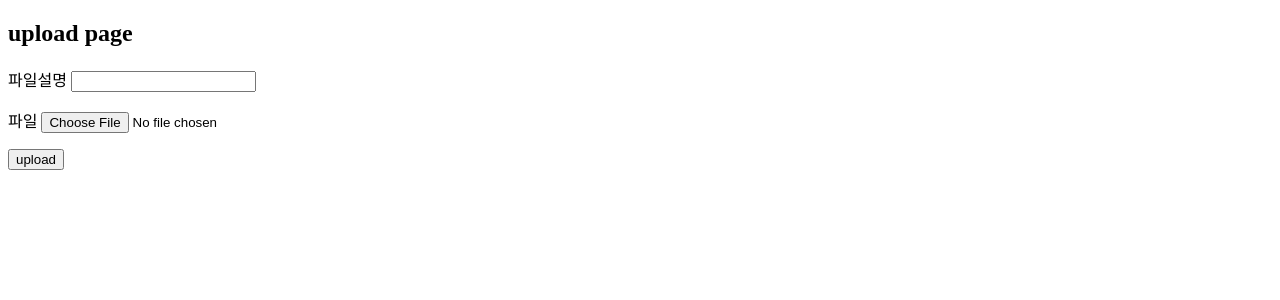
Repository: porivas/140630_Java
Page: http://localhost/140929_mp3_Prof/upload
These files come from the project's save history. The page is drawn as it stood at one moment and after the next save; the edit follows.
The browser window is 1280 px wide. The pictures show the whole page.
The page is served by Tomcat 9.

Above is the page before, as saved 2014-09-29 10:19:04.

After the next save:
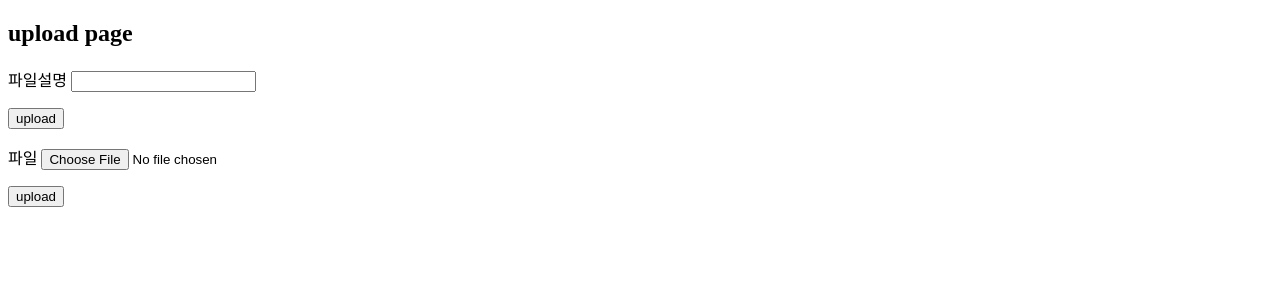
Saved 28 min 34 s later.
--- a/140929_mp3_Prof/WebContent/WEB-INF/jsp/upload.jsp
+++ b/140929_mp3_Prof/WebContent/WEB-INF/jsp/upload.jsp
@@ -10,10 +10,14 @@
 <body>
 	<h2>upload page</h2>
 
+	<form action = "upload" method="post">
+	<p> 파일설명 <input type = "text" name="desc"></p>
+	<p><input type='submit' value='upload'></p>
+
 	<form method="post" action="upload" enctype="multipart/form-data">
-	<p> 파일설명 <input type = "text" name="desc"></p>
 	<p> 파일 <input type = "file" name="filename"></p>
 	<p><input type='submit' value='upload'></p>
 	</form>
+
 </body>
 </html>

After the save that followed:
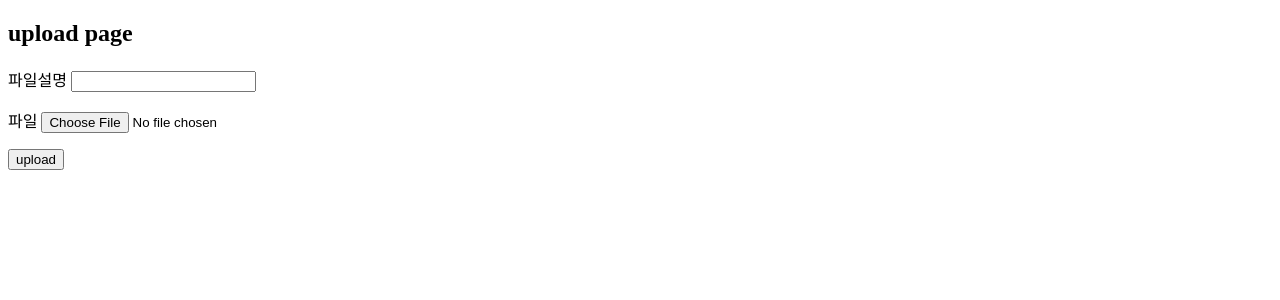
Saved 61 s later.
--- a/140929_mp3_Prof/WebContent/WEB-INF/jsp/upload.jsp
+++ b/140929_mp3_Prof/WebContent/WEB-INF/jsp/upload.jsp
@@ -12,8 +12,6 @@
 
 	<form action = "upload" method="post">
 	<p> 파일설명 <input type = "text" name="desc"></p>
-	<p><input type='submit' value='upload'></p>
-
 	<form method="post" action="upload" enctype="multipart/form-data">
 	<p> 파일 <input type = "file" name="filename"></p>
 	<p><input type='submit' value='upload'></p>
